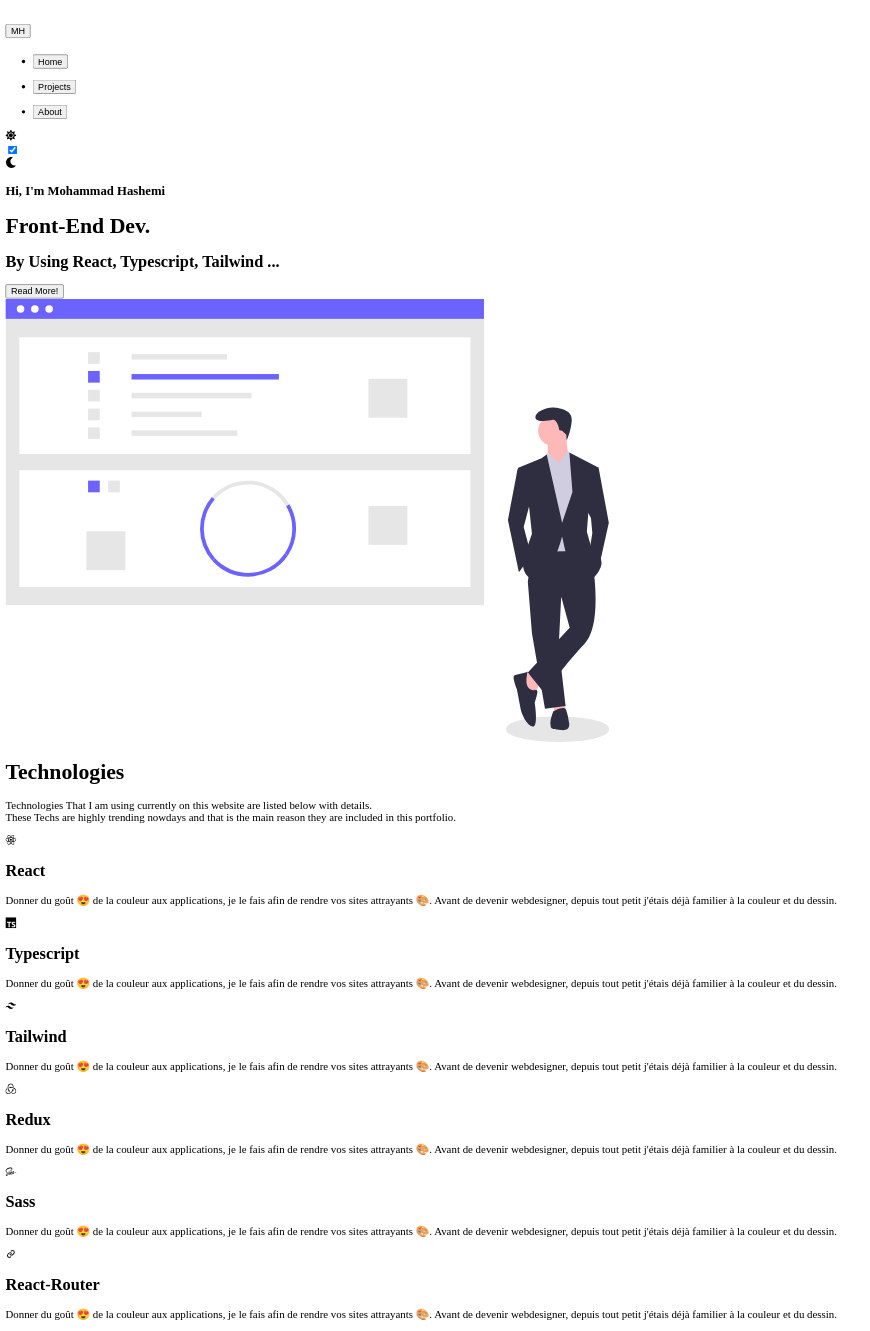
Repository: SMohammadH/react-typescript-tailwind
Page: /
An editor plug-in stored every save of this project. The page is shown before and after the next save, followed by the edit.
The browser window is 1280 px wide. The pictures show the whole page, at 68% of full size.
The project was rebuilt for these pictures with package versions that can differ from the ones it lists, and the page was loaded fresh each time. Also part of the build but not shown: craco.config.js.

Above is the page before, as saved 2021-02-03 07:55:13.

After the next save:
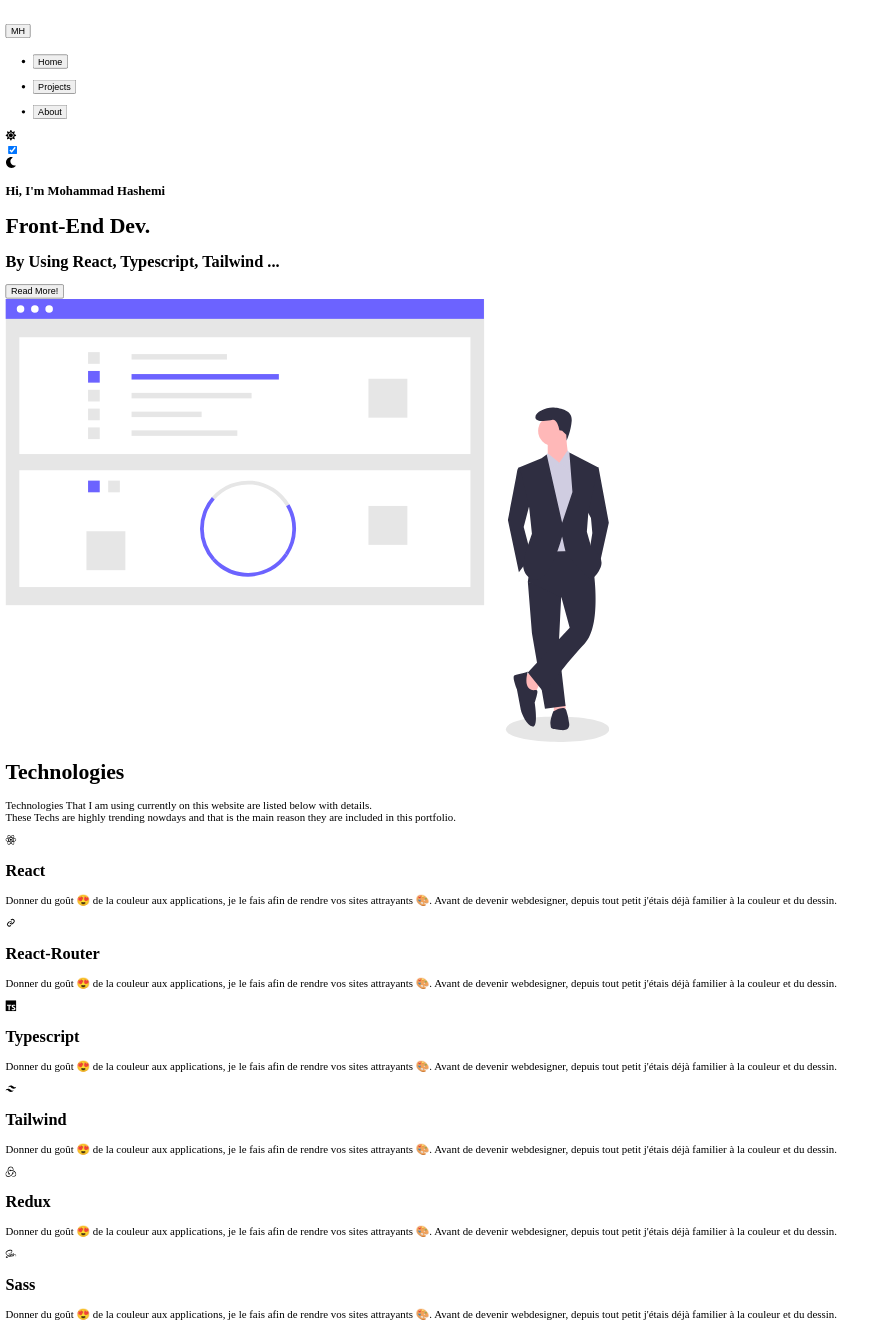
Saved 80 s later.
--- a/src/components/SecondSection.tsx
+++ b/src/components/SecondSection.tsx
@@ -31,6 +31,13 @@
             imgBack="blue"
           />
           <Card
+            Img={BiLink}
+            imgSize={10}
+            header="React-Router"
+            imgColor="red-600"
+            imgBack="red"
+          />
+          <Card
             Img={SiTypescript}
             imgSize={7}
             header="Typescript"
@@ -58,13 +65,6 @@
             imgColor="pink-600"
             imgBack="pink"
           />
-          <Card
-            Img={BiLink}
-            imgSize={10}
-            header="React-Router"
-            imgColor="red-600"
-            imgBack="red"
-          />
         </div>
       </div>
     </div>
